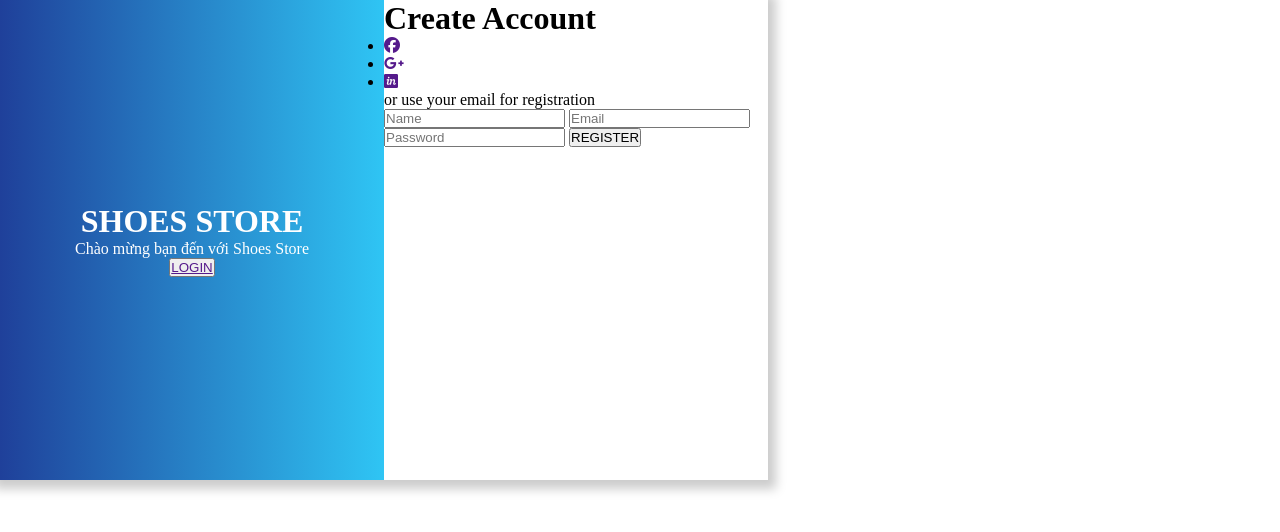
Repository: levananh202ht/Shoes-Store
Page: FondEnd/Styles/Register.html
An editor plug-in stored every save of this project. The page is shown before and after the next save, followed by the edit.
The browser window is 1280 px wide. The pictures show the whole page.

Above is the page before, as saved 2023-12-23 03:38:23.

After the next save:
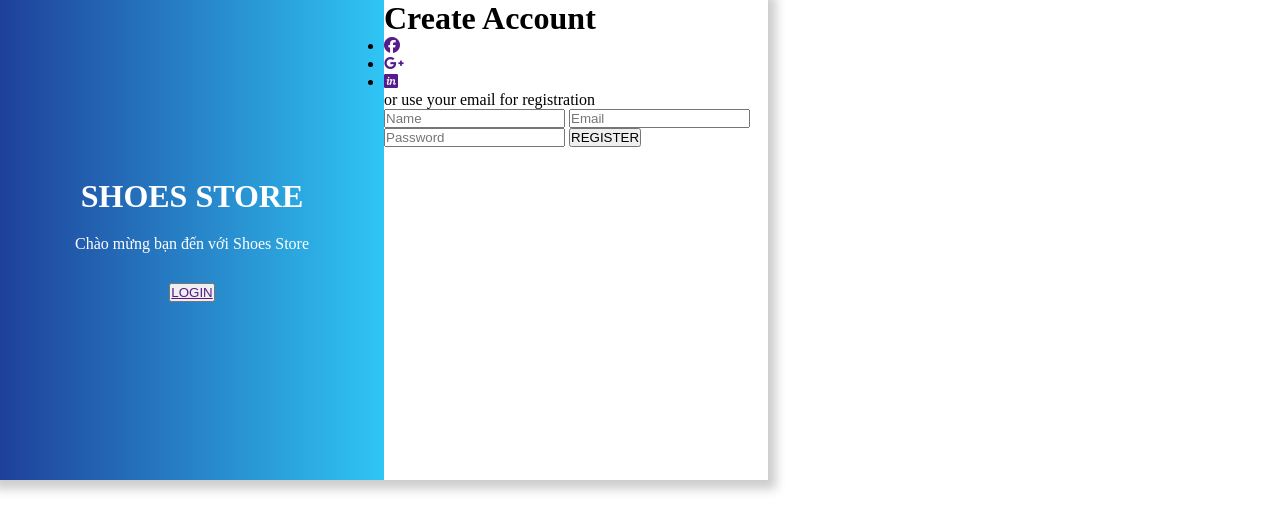
Saved 82 s later.
--- a/FondEnd/Styles/Register.css
+++ b/FondEnd/Styles/Register.css
@@ -24,7 +24,9 @@ body{
     align-items: center;
     justify-content: center;
 }
-
+.container .container_title p {
+    margin: 20px 0 30px;
+}
 .container .container_from{
     width: 50%;
 }
